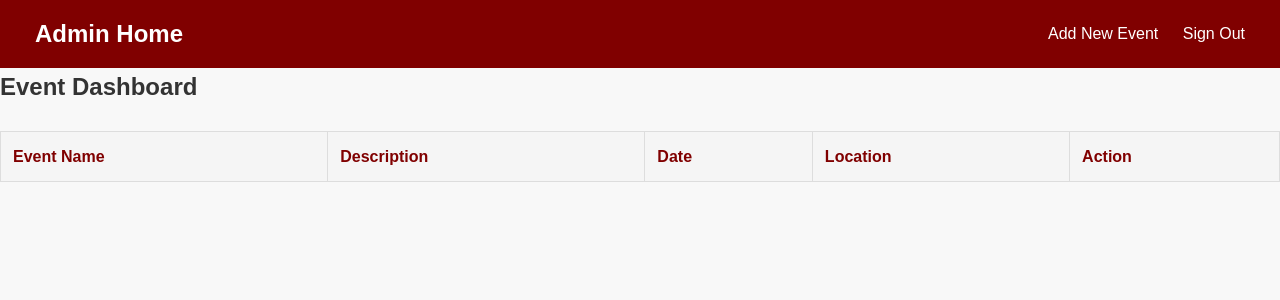
Repository: krypton-arch/College-Event-Management-System
Page: http://localhost/CollegeEvent/adminhome.html
An editor plug-in stored every save of this project. The page is shown before and after the next save, followed by the edit.
The browser window is 1280 px wide. The pictures show the whole page.
The page is served by Tomcat 10. Queries for data that is not in the repository find no rows.

Above is the page before, as saved 2025-01-14 18:35:06.

After the next save:
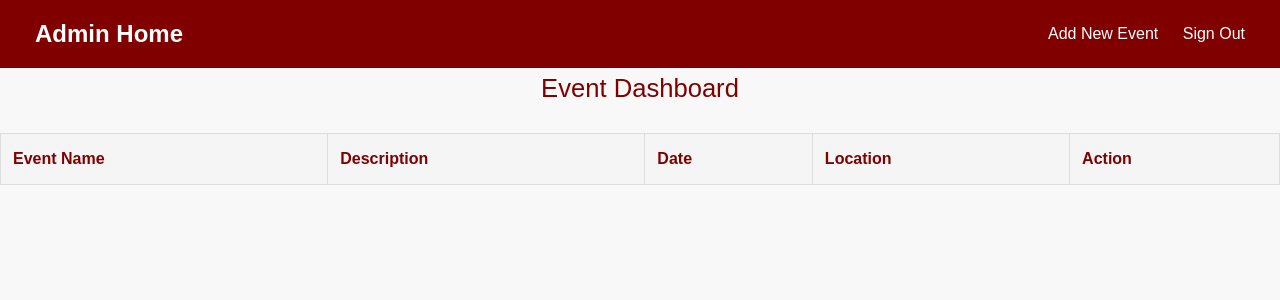
Saved 2 min 10 s later.
--- a/CollegeEvent/src/main/webapp/adminhome_css.css
+++ b/CollegeEvent/src/main/webapp/adminhome_css.css
@@ -53,8 +53,8 @@ body {
     box-shadow: 0 0 20px rgba(0, 0, 0, 0.1);
 }
 
-.h2{
-	text-align: center;
+h2 {
+    text-align: center;
     color: maroon;
     margin-bottom: 1.5rem;
     font-size: 1.6rem;
@@ -101,7 +101,7 @@ td button {
 }
 
 td button:hover {
-    background-color: maroon; /* Slightly lighter maroon */
+    background-color: rgb(128, 0, 0); /* Slightly lighter maroon */
 }
 
 /* Form Section */
